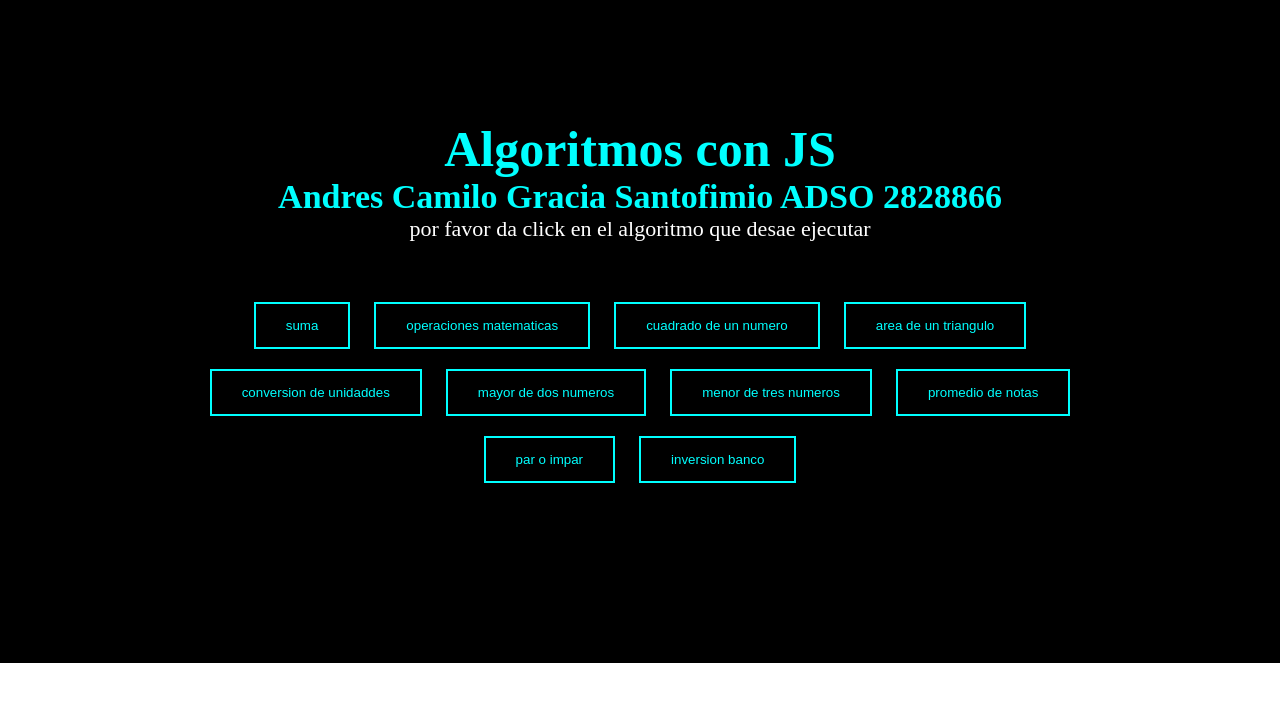
Repository: orskark/AlgoritmosJs1_Oscar
Page: index.html
An editor plug-in stored every save of this project. The page is shown before and after the next save, followed by the edit.
The browser window is 1280 px wide. The pictures show the whole page.

Above is the page before, as saved 2024-10-29 11:18:50.

### index.html
<!DOCTYPE html>
<html lang="en">
<head>
    <meta charset="UTF-8">
    <meta name="viewport" content="width=device-width, initial-scale=1.0">
    <title>Algoritmos con JS</title>
    <link rel="stylesheet" href="styles.css">
</head>
<body>
    <section>

        <h1>Algoritmos con JS</h1>
        <h2>Andres Camilo Gracia Santofimio ADSO 2828866 </h2>
        <p>por favor da click en el algoritmo que desae ejecutar</p>


        <div id="cont-botones">
            <button>suma</button>
            <button>operaciones matematicas</button>
            <button>cuadrado de un numero</button>
            <button>area de un triangulo</button>
            <button>conversion de unidaddes</button>
            <button>mayor de dos numeros</button>
            <button>menor de tres numeros</button>
            <button>promedio de notas</button>
            <button>par o impar</button>
            <button>inversion banco</button>
        </div>
    </section>










    <script src="algoritmos.js"></script>
</body>
</html>

### styles.css
/* importar tipografia */

*{
    margin: 0;
    padding: 0;
}

section{
    width: 100%;
    text-align: center;
    padding: 120px 0;
    background: black;
    min-height: 100%;

}

h1{
    color: aqua;
    font-size: 50px;

}

h2{
    color: aqua;
    font-size: 34px;
    margin: ;
}

p{
    color: #fff;
    font-size: 22px;
}

#cont-botones{
    width: 80%;
    margin: 50px auto;
}

button{
    padding: 14px 30px;
    background: transparent;
    border: 2px solid aqua;
    color: aqua;
    margin: 10px;
    transition: .4s;
    cursor: pointer;
}

Loaded but not shown: algoritmos.js (no copy from this time; the picture is the same without it)

After the next save:
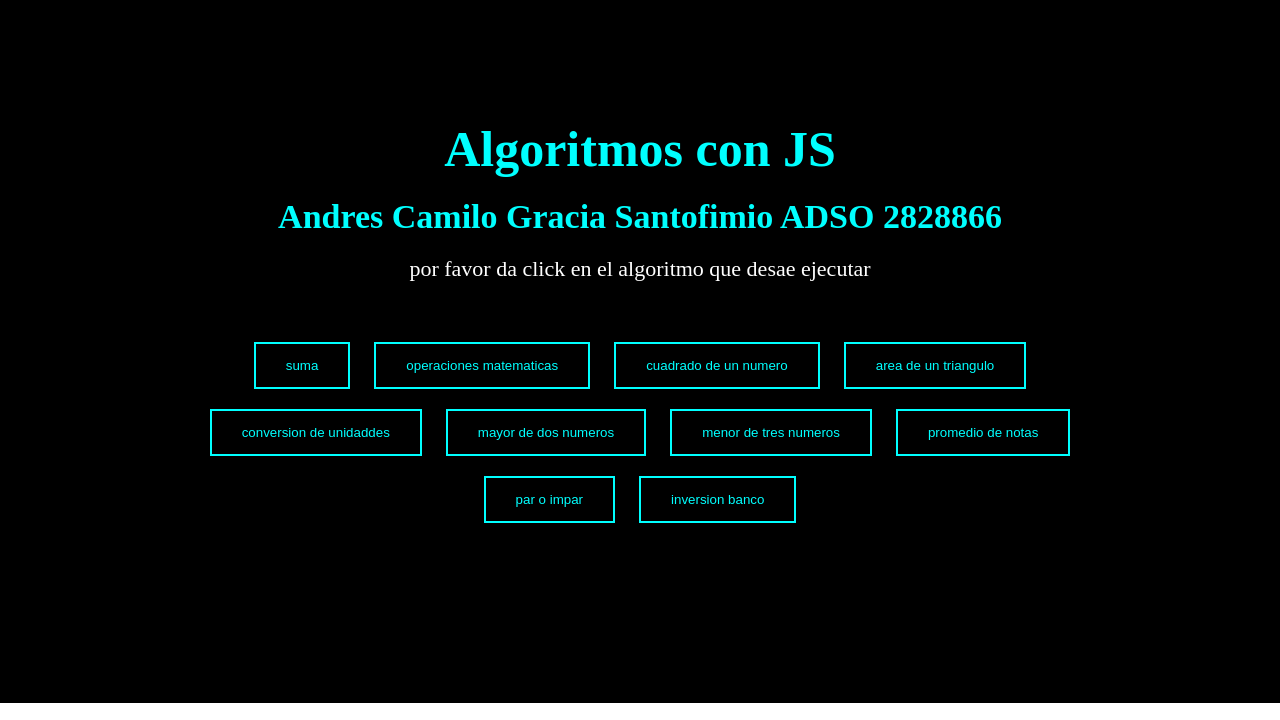
Saved 5 s later.
--- a/styles.css
+++ b/styles.css
@@ -23,7 +23,7 @@ h1{
 h2{
     color: aqua;
     font-size: 34px;
-    margin: ;
+    margin: 20px 0;
 }
 
 p{
